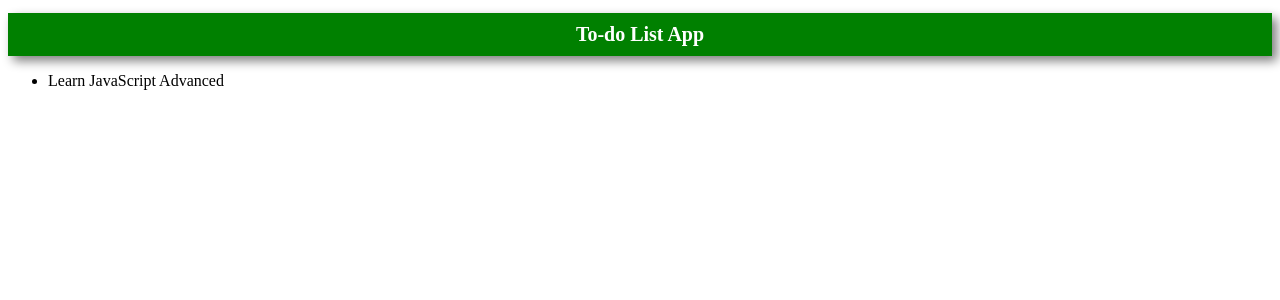
Repository: binhphanbp/WEB2064_JavaScript-Advanced_WD20305
Page: lesson4/lesson4.html
These files come from the project's save history. The page is drawn as it stood at one moment and after a run of saves; the edit follows.
The browser window is 1280 px wide. The pictures show the whole page.

Above is the page before, as saved 2025-09-22 13:03:49.

### lesson4/lesson4.html
<!DOCTYPE html>
<html lang="en">
  <head>
    <meta charset="UTF-8" />
    <meta name="viewport" content="width=device-width, initial-scale=1.0" />
    <title>Document</title>

    <style>
      .styleH1 {
        padding: 10px;
        text-align: center;
      }

      .anotherStyleH1 {
        box-shadow: 5px 5px 10px gray;
      }
    </style>
  </head>
  <body>
    <h1 id="h1Tag">To-do List App</h1>
    <div id="divTodo"></div>
    <ul id="ulTag"></ul>

    <script>
      const h1Tag = document.getElementById('h1Tag');
      const divTodo = document.getElementById('divTodo');
      const ulTag = document.getElementById('ulTag');

      // 1. Sử dụng style
      h1Tag.style = 'background-color: green; color: white';
      h1Tag.style.fontSize = '20px';

      // 2. Sử dụng với className
      h1Tag.className = 'styleH1';

      // 3. Sử dụng classList
      h1Tag.classList.add('anotherStyleH1');
      // h1Tag.classList.remove('anotherStyleH1');

      // 4. Thêm một phần tử mới
      const liTag = document.createElement('li');
      liTag.innerText = 'Learn JavaScript Advanced';
      ulTag.appendChild(liTag);
    </script>
  </body>
</html>

After the next 2 saves:
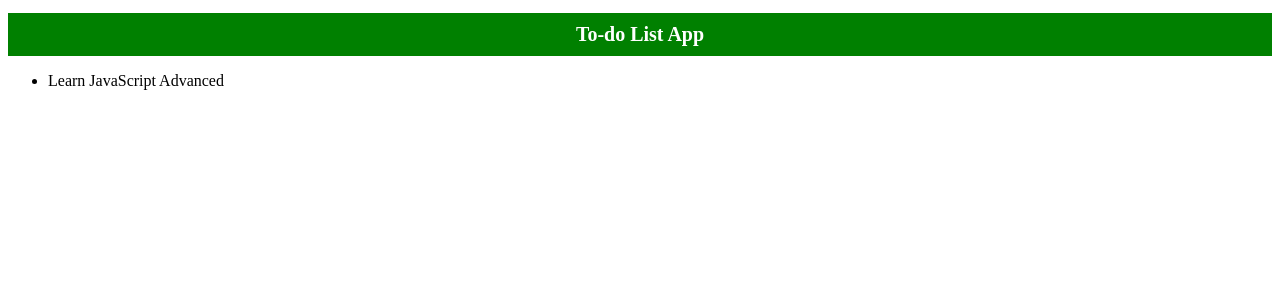
The 2 saves are shown as one change because they came seconds apart.
The last was saved 8 s later.
--- a/lesson4/lesson4.html
+++ b/lesson4/lesson4.html
@@ -35,7 +35,7 @@
 
       // 3. Sử dụng classList
       h1Tag.classList.add('anotherStyleH1');
-      // h1Tag.classList.remove('anotherStyleH1');
+      h1Tag.classList.remove('anotherStyleH1');
 
       // 4. Thêm một phần tử mới
       const liTag = document.createElement('li');
